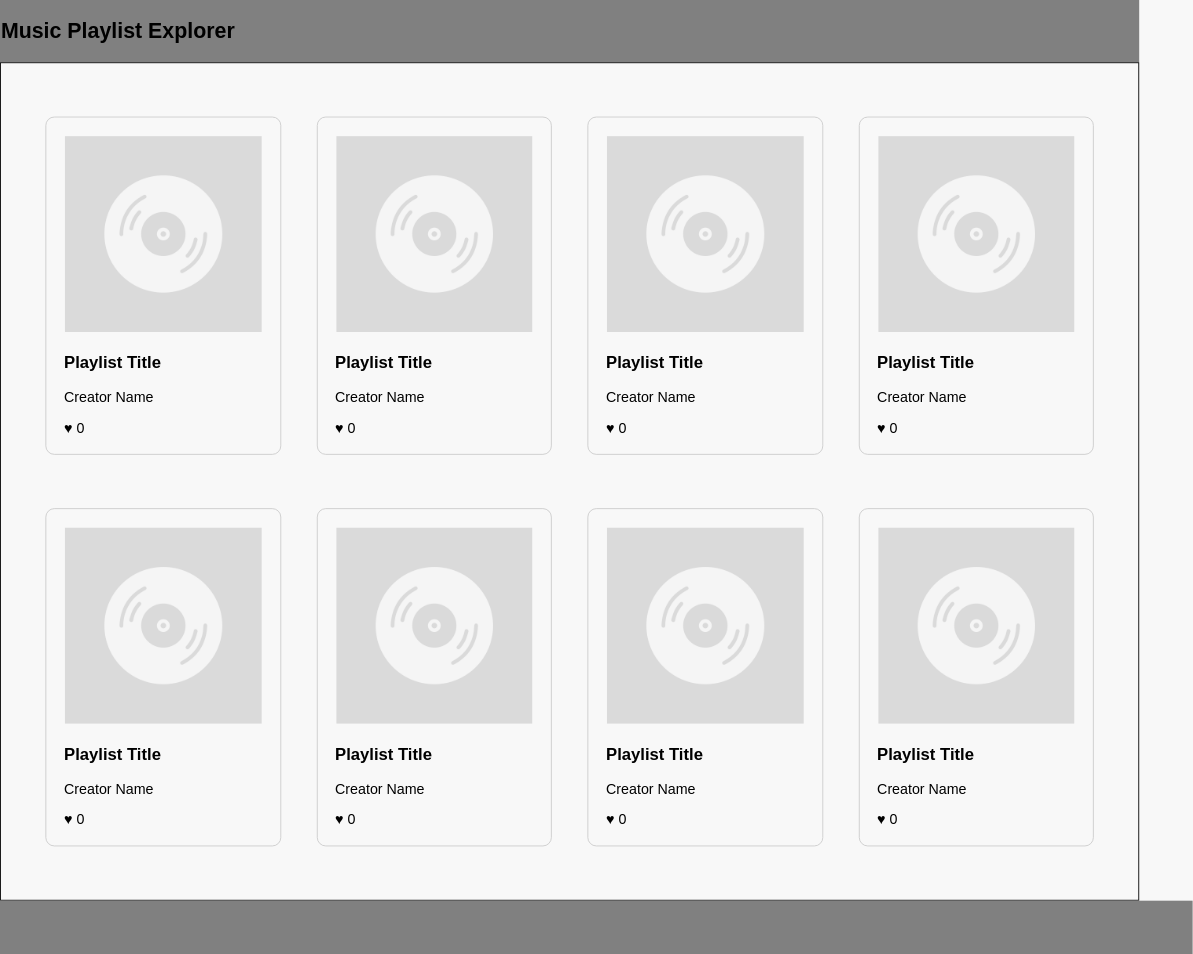
Repository: valentinaarojas/music-player-explorer
Page: index.html
The author's editor kept a copy of each file at every save. The page is drawn from the files as they stood at one save, then again after the next save.
The browser window is 1280 px wide. The page is 1340 px wide, so the pictures cover 1340 px, including what lies to the right of the window. The pictures show the whole page, at 89% of full size.

Above is the page before, as saved 2025-02-19 17:04:36.
Console error: SyntaxError: Unexpected token '{'

### index.html
<!DOCTYPE html>
<html lang="en">
<head>
    <meta charset="UTF-8">
    <meta name="viewport" content="width=device-width, initial-scale=1.0">

    <title>Music Playlist Explorer</title>
    <link rel="icon" type="image/x-icon" href="/images/favicon.ico">

    <link rel="stylesheet" href="style.css">
</head>
<body>
    <header>
        <!-- Your header content here -->
        <div class="banner">
            <h2>Music Playlist Explorer</h2>
        </div>
    </header>

    <main>
        <!-- Your main content here -->
        <div class="playlist-cards">
            <!-- card 1 -->
            <div class="playlist-card">
                <div class="playlist-cover">
                    <img src="assets/img/playlist.png" alt="placeholder" style="width: 100%">
                </div>
                <div class="playlist-info">
                    <h3 class="playlist-title">Playlist Title</h3>
                    <p class="creator-info">Creator Name</p>
                    <div class="like-count">
                        <span>♥</span>
                        <span>0</span>
                    </div>
                </div>
            </div>
            <!-- card 2 -->
            <div class="playlist-card">
                <div class="playlist-cover">
                    <img src="assets/img/playlist.png" alt="placeholder" style="width: 100%">
                </div>
                <div class="playlist-info">
                    <h3 class="playlist-title">Playlist Title</h3>
                    <p class="creator-info">Creator Name</p>
                    <div class="like-count">
                        <span>♥</span>
                        <span>0</span>
                    </div>
                </div>
            </div>
            <!-- card 3 -->
            <div class="playlist-card">
                <div class="playlist-cover">
                    <img src="assets/img/playlist.png" alt="placeholder" style="width: 100%">
                </div>
                <div class="playlist-info">
                    <h3 class="playlist-title">Playlist Title</h3>
                    <p class="creator-info">Creator Name</p>
                    <div class="like-count">
                        <span>♥</span>
                        <span>0</span>
                    </div>
                </div>
            </div>
            <!-- card 4 -->
            <div class="playlist-card">
                <div class="playlist-cover">
                    <img src="assets/img/playlist.png" alt="placeholder" style="width: 100%">
                </div>
                <div class="playlist-info">
                    <h3 class="playlist-title">Playlist Title</h3>
                    <p class="creator-info">Creator Name</p>
                    <div class="like-count">
                        <span>♥</span>
                        <span>0</span>
                    </div>
                </div>
            </div>
            <!-- card 5 -->
            <div class="playlist-card">
                <div class="playlist-cover">
                    <img src="assets/img/playlist.png" alt="placeholder" style="width: 100%">
                </div>
                <div class="playlist-info">
                    <h3 class="playlist-title">Playlist Title</h3>
                    <p class="creator-info">Creator Name</p>
                    <div class="like-count">
                        <span>♥</span>
                        <span>0</span>
                    </div>
                </div>
            </div>
            <!-- card 6 -->
            <div class="playlist-card">
                <div class="playlist-cover">
                    <img src="assets/img/playlist.png" alt="placeholder" style="width: 100%">
                </div>
                <div class="playlist-info">
                    <h3 class="playlist-title">Playlist Title</h3>
                    <p class="creator-info">Creator Name</p>
                    <div class="like-count">
                        <span>♥</span>
                        <span>0</span>
                    </div>
                </div>
            </div>
             <!-- card 7 -->
             <div class="playlist-card">
                <div class="playlist-cover">
                    <img src="assets/img/playlist.png" alt="placeholder" style="width: 100%">
                </div>
                <div class="playlist-info">
                    <h3 class="playlist-title">Playlist Title</h3>
                    <p class="creator-info">Creator Name</p>
                    <div class="like-count">
                        <span>♥</span>
                        <span>0</span>
                    </div>
                </div>
            </div>
             <!-- card 8 -->
             <div class="playlist-card">
                <div class="playlist-cover">
                    <img src="assets/img/playlist.png" alt="placeholder" style="width: 100%">
                </div>
                <div class="playlist-info">
                    <h3 class="playlist-title">Playlist Title</h3>
                    <p class="creator-info">Creator Name</p>
                    <div class="like-count">
                        <span>♥</span>
                        <span>0</span>
                    </div>
                </div>
            </div>
        </div>
    </main>

    <!-- modal structure -->
    <div class="modal-overlay">
        <div class="modal-content">

        </div>
    </div>

    <footer>
        <!-- Your footer content here -->
    </footer>
    <script src="data/data.js"></script>
    <script src="script.js"></script>
</body>
</html>

### style.css
body {
    font-family: 'Arial', sans-serif;
    margin: 0;
    padding: 0;
    background-color: #f8f8f8;
}

.banner {
    background-color: grey;
    padding: 1px;
}

.playlist-cards {
    display: grid;
    grid-template-columns: repeat(4, 1fr);
    padding: 30px;
    border: 1px solid rgb(0, 0, 0);
}

.playlist-card {
    padding: 20px;
    margin: 30px 20px;
    border-radius: 10px;
    border: 1px solid #ccc;
}

.playlist-cover {
    padding: 1px;
}

footer {
    background-color: grey;
    padding: 30px;
    width: 100%;
}

### data/data.js
let data = { "playlists": [
    {
      "playlistID": 0,
      "playlist_name": "Late Night Drive",
      "playlist_creator": "Melody Maven",
      "playlist_art": "https://picsum.photos/id/36/200",
      "likeCount": 0,
      "songs": [
        {
          "songID": 0,
          "title": "Nightcall",
          "artist": "Kavinsky",
          "album": "Nightcall",
          "cover_art": "https://picsum.photos/id/43/200",
          "duration": "4:18"
        },
        {
          "songID": 1,
          "title": "Drive",
          "artist": "The Cars",
          "album": "Heartbeat City",
          "cover_art": "https://picsum.photos/id/45/200",
          "duration": "3:55"
        },
        {
          "songID": 2,
          "title": "Cruisin'",
          "artist": "Smokey Robinson",
          "album": "One Heartbeat",
          "cover_art": "https://picsum.photos/id/88/200",
          "duration": "4:30"
        },
        {
          "songID": 3,
          "title": "Night Moves",
          "artist": "Bob Seger",
          "album": "Night Moves",
          "cover_art": "https://picsum.photos/id/84/200",
          "duration": "5:25"
        },
        {
          "songID": 4,
          "title": "Moonlight Drive",
          "artist": "The Doors",
          "album": "Strange Days",
          "cover_art": "https://picsum.photos/id/122/200",
          "duration": "3:04"
        }
      ]
    },
    {
      "playlistID": 1,
      "playlist_name": "That Summer '16 Feeling",
      "playlist_creator": "Groove Guardian",
      "playlist_art": "https://picsum.photos/id/117/200",
      "likeCount": 10,
      "songs": [
        {
          "songID": 5,
          "title": "One Dance",
          "artist": "Drake",
          "album": "Views",
          "cover_art": "https://picsum.photos/id/21/200",
          "duration": "2:53"
        },
        {
          "songID": 6,
          "title": "Cheap Thrills",
          "artist": "Sia",
          "album": "This Is Acting",
          "cover_art": "https://picsum.photos/id/56/200",
          "duration": "3:31"
        },
        {
          "songID": 7,
          "title": "Don't Let Me Down",
          "artist": "The Chainsmokers ft. Daya",
          "album": "Collage",
          "cover_art": "https://picsum.photos/id/145/200",
          "duration": "3:28"
        },
        {
          "songID": 8,
          "title": "This Is What You Came For",
          "artist": "Calvin Harris ft. Rihanna",
          "album": "This Is What You Came For",
          "cover_art": "https://picsum.photos/id/160/200",
          "duration": "3:42"
        },
        {
          "songID": 9,
          "title": "Ride",
          "artist": "Twenty One Pilots",
          "album": "Blurryface",
          "cover_art": "https://picsum.photos/id/133/200",
          "duration": "3:34"
        }
      ]
    },
    {
      "playlistID": 2,
      "playlist_name": "Workout Beats",
      "playlist_creator": "Harmony Herald",
      "playlist_art": "https://picsum.photos/id/1077/200",
      "likeCount": 2,
      "songs": [
        {
          "songID": 10,
          "title": "Eye of the Tiger",
          "artist": "Survivor",
          "album": "Eye of the Tiger",
          "cover_art": "https://picsum.photos/id/593/200",
          "duration": "4:05"
        },
        {
          "songID": 11,
          "title": "Stronger",
          "artist": "Kanye West",
          "album": "Graduation",
          "cover_art": "https://picsum.photos/id/169/200",
          "duration": "5:12"
        },
        {
          "songID": 12,
          "title": "Lose Yourself",
          "artist": "Eminem",
          "album": "8 Mile Soundtrack",
          "cover_art": "https://picsum.photos/id/171/200",
          "duration": "5:26"
        },
        {
          "songID": 13,
          "title": "Uptown Funk",
          "artist": "Mark Ronson ft. Bruno Mars",
          "album": "Uptown Special",
          "cover_art": "https://picsum.photos/id/274/200",
          "duration": "4:30"
        },
        {
          "songID": 14,
          "title": "Can't Stop the Feeling!",
          "artist": "Justin Timberlake",
          "album": "Trolls (Original Motion Picture Soundtrack)",
          "cover_art": "https://picsum.photos/id/304/200",
          "duration": "3:56"
        }
      ]
    },
    {
      "playlistID": 3,
      "playlist_name": "Road Trip Anthems",
      "playlist_creator": "Playlist Pioneer",
      "playlist_art": "https://picsum.photos/id/314/200",
      "likeCount": 5,
      "songs": [
        {
          "songID": 15,
          "title": "Life Is a Highway",
          "artist": "Tom Cochrane",
          "album": "Mad Mad World",
          "cover_art": "https://picsum.photos/id/352/200",
          "duration": "4:26"
        },
        {
          "songID": 16,
          "title": "Born to Run",
          "artist": "Bruce Springsteen",
          "album": "Born to Run",
          "cover_art": "https://picsum.photos/id/361/200",
          "duration": "4:30"
        },
        {
          "songID": 17,
          "title": "Take It Easy",
          "artist": "Eagles",
          "album": "Eagles",
          "cover_art": "https://picsum.photos/id/365/200",
          "duration": "3:31"
        },
        {
          "songID": 18,
          "title": "Route 66",
          "artist": "Chuck Berry",
          "album": "Get Your Kicks on Route 66",
          "cover_art": "https://picsum.photos/id/371/200",
          "duration": "2:53"
        },
        {
          "songID": 19,
          "title": "On the Road Again",
          "artist": "Willie Nelson",
          "album": "Honeysuckle Rose",
          "cover_art": "https://picsum.photos/id/382/200",
          "duration": "2:33"
        }
      ]
    },
    {
      "playlistID": 4,
      "playlist_name": "Boss Chick Energy",
      "playlist_creator": "Tempo Tactician",
      "playlist_art": "https://picsum.photos/id/449/200",
      "likeCount": 0,
      "songs": [
        {
          "songID": 20,
          "title": "Run the World (Girls)",
          "artist": "Beyoncé",
          "album": "4",
          "cover_art": "https://picsum.photos/id/550/200",
          "duration": "3:56"
        },
        {
          "songID": 21,
          "title": "I'm Every Woman",
          "artist": "Chaka Khan",
          "album": "Chaka",
          "cover_art": "https://picsum.photos/id/646/200",
          "duration": "4:07"
        },
        {
          "songID": 22,
          "title": "Independent Women, Pt. 1",
          "artist": "Destiny's Child",
          "album": "Survivor",
          "cover_art": "https://picsum.photos/id/660/200",
          "duration": "3:41"
        },
        {
          "songID": 23,
          "title": "Confident",
          "artist": "Demi Lovato",
          "album": "Confident",
          "cover_art": "https://picsum.photos/id/680/200",
          "duration": "3:25"
        },
        {
          "songID": 24,
          "title": "Feeling Myself",
          "artist": "Nicki Minaj ft. Beyoncé",
          "album": "The Pinkprint",
          "cover_art": "https://picsum.photos/id/822/200",
          "duration": "3:57"
        }
      ]
    },
    {
      "playlistID": 5,
      "playlist_name": "Rainy Nights",
      "playlist_creator": "Sonic Sage",
      "playlist_art": "https://picsum.photos/id/115/200",
      "likeCount": 24,
      "songs": [
        {
          "songID": 25,
          "title": "Purple Rain",
          "artist": "Prince",
          "album": "Purple Rain",
          "cover_art": "https://picsum.photos/id/123/200",
          "duration": "8:41"
        },
        {
          "songID": 26,
          "title": "November Rain",
          "artist": "Guns N' Roses",
          "album": "Use Your Illusion I",
          "cover_art": "https://picsum.photos/id/171/200",
          "duration": "8:57"
        },
        {
          "songID": 27,
          "title": "Riders on the Storm",
          "artist": "The Doors",
          "album": "L.A. Woman",
          "cover_art": "https://picsum.photos/id/172/200",
          "duration": "7:14"
        },
        {
          "songID": 28,
          "title": "I Can't Stand the Rain",
          "artist": "Ann Peebles",
          "album": "I Can't Stand the Rain",
          "cover_art": "https://picsum.photos/id/178/200",
          "duration": "2:31"
        },
        {
          "songID": 29,
          "title": "Set Fire to the Rain",
          "artist": "Adele",
          "album": "21",
          "cover_art": "https://picsum.photos/id/680/200",
          "duration": "4:02"
        }
      ]
    },
    {
      "playlistID": 6,
      "playlist_name": "90's R&B",
      "playlist_creator": "Vinyl Virtuoso",
      "playlist_art": "https://picsum.photos/id/815/200",
      "likeCount": 3,
      "songs": [
        {
          "songID": 30,
          "title": "No Diggity",
          "artist": "Blackstreet ft. Dr. Dre",
          "album": "Another Level",
          "cover_art": "https://picsum.photos/id/856/200",
          "duration": "5:06"
        },
        {
          "songID": 31,
          "title": "Waterfalls",
          "artist": "TLC",
          "album": "CrazySexyCool",
          "cover_art": "https://picsum.photos/id/871/200",
          "duration": "4:39"
        },
        {
          "songID": 32,
          "title": "Creep",
          "artist": "TLC",
          "album": "CrazySexyCool",
          "cover_art": "https://picsum.photos/id/891/200",
          "duration": "4:29"
        },
        {
          "songID": 33,
          "title": "On Bended Knee",
          "artist": "Boyz II Men",
          "album": "II",
          "cover_art": "https://picsum.photos/id/1013/200",
          "duration": "4:05"
        },
        {
          "songID": 34,
          "title": "Fantasy",
          "artist": "Mariah Carey",
          "album": "Daydream",
          "cover_art": "https://picsum.photos/id/1014/200",
          "duration": "4:04"
        }
      ]
    },
    {
      "playlistID": 7,
      "playlist_name": "Nothing But The Classics",
      "playlist_creator": "Melody Maven",
      "playlist_art": "https://picsum.photos/id/22/200",
      "likeCount": 3,
      "songs": [
        {
          "songID": 35,
          "title": "Bohemian Rhapsody",
          "artist": "Queen",
          "album": "A Night at the Opera",
          "cover_art": "https://picsum.photos/id/39/200",
          "duration": "5:55"
        },
        {
          "songID": 36,
          "title": "Hotel California",
          "artist": "Eagles",
          "album": "Hotel California",
          "cover_art": "https://picsum.photos/id/57/200",
          "duration": "6:30"
        },
        {
          "songID": 37,
          "title": "Stairway to Heaven",
          "artist": "Led Zeppelin",
          "album": "Led Zeppelin IV",
          "cover_art": "https://picsum.photos/id/221/200",
          "duration": "8:02"
        },
        {
          "songID": 38,
          "title": "Sweet Child o' Mine",
          "artist": "Guns N' Roses",
          "album": "Appetite for Destruction",
          "cover_art": "https://picsum.photos/id/822/200",
          "duration": "5:55"
        },
        {
          "songID": 39,
          "title": "Imagine",
          "artist": "John Lennon",
          "album": "Imagine",
          "cover_art": "https://picsum.photos/id/823/200",
          "duration": "3:04"
        }
      ]
    },
    {
      "playlistID": 8,
      "playlist_name": "Ohh That Baseline",
      "playlist_creator": "Bassline Buddy",
      "playlist_art": "https://picsum.photos/id/836/200",
      "likeCount": 0,
      "songs": [
        {
          "songID": 40,
          "title": "Another One Bites the Dust",
          "artist": "Queen",
          "album": "The Game",
          "cover_art": "https://picsum.photos/id/839/200",
          "duration": "3:36"
        },
        {
          "songID": 41,
          "title": "Billie Jean",
          "artist": "Michael Jackson",
          "album": "Thriller",
          "cover_art": "https://picsum.photos/id/903/200",
          "duration": "4:54"
        },
        {
          "songID": 42,
          "title": "Superstition",
          "artist": "Stevie Wonder",
          "album": "Talking Book",
          "cover_art": "https://picsum.photos/id/978/200",
          "duration": "4:26"
        },
        {
          "songID": 43,
          "title": "Smooth Criminal",
          "artist": "Michael Jackson",
          "album": "Bad",
          "cover_art": "https://picsum.photos/id/1004/200",
          "duration": "4:17"
        },
        {
          "songID": 44,
          "title": "Money for Nothing",
          "artist": "Dire Straits",
          "album": "Brothers in Arms",
          "cover_art": "https://picsum.photos/id/1025/200",
          "duration": "8:26"
        }
      ]
    }
  ]
}

### script.js
body {
    font-family: 'Arial', sans-serif;
    margin: 0;
    padding: 0;
    background-color: #f8f8f8;
}

After the next save:
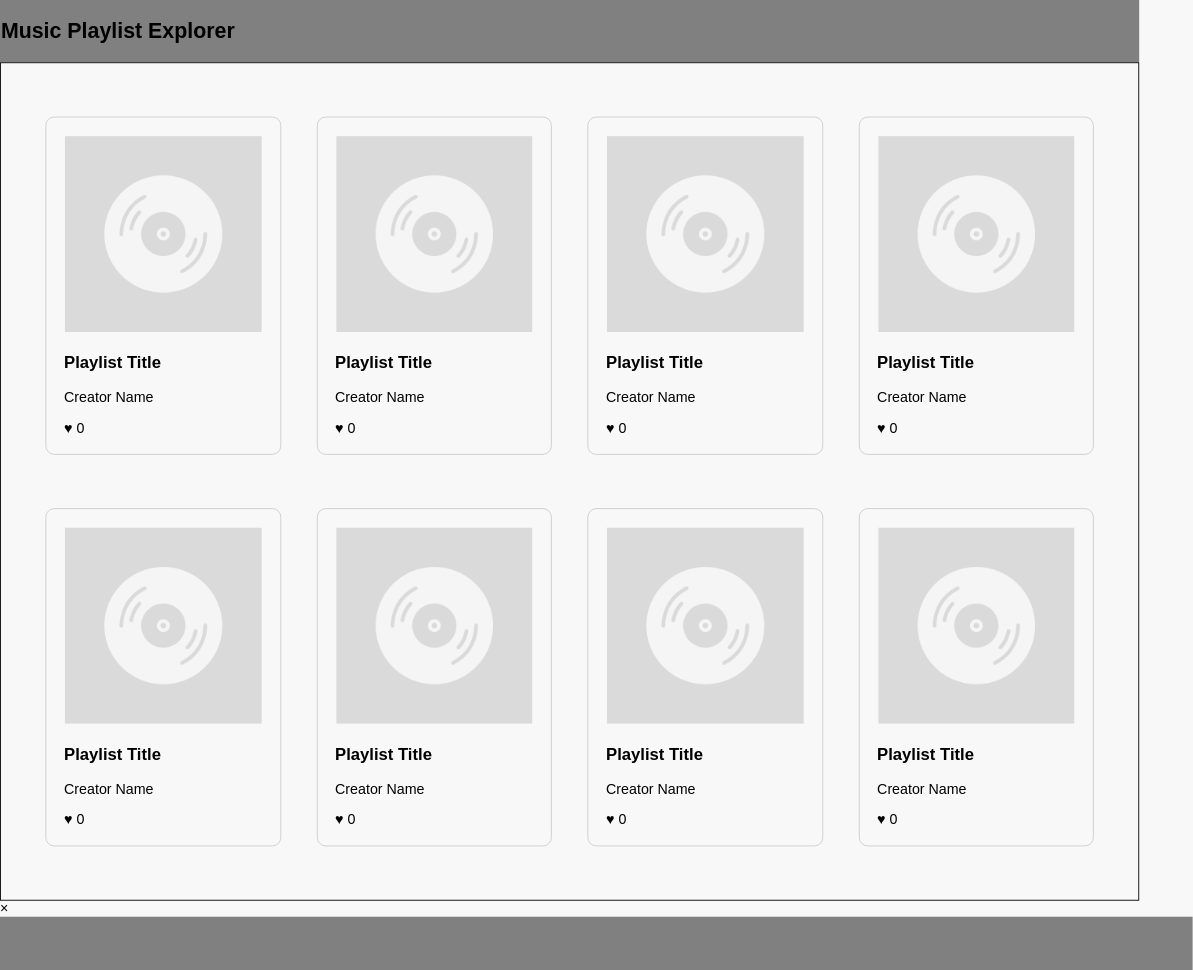
Saved 30 s later.
--- a/index.html
+++ b/index.html
@@ -138,7 +138,7 @@
     <!-- modal structure -->
     <div class="modal-overlay">
         <div class="modal-content">
-
+            <span class="close">&times;</span>
         </div>
     </div>
 
